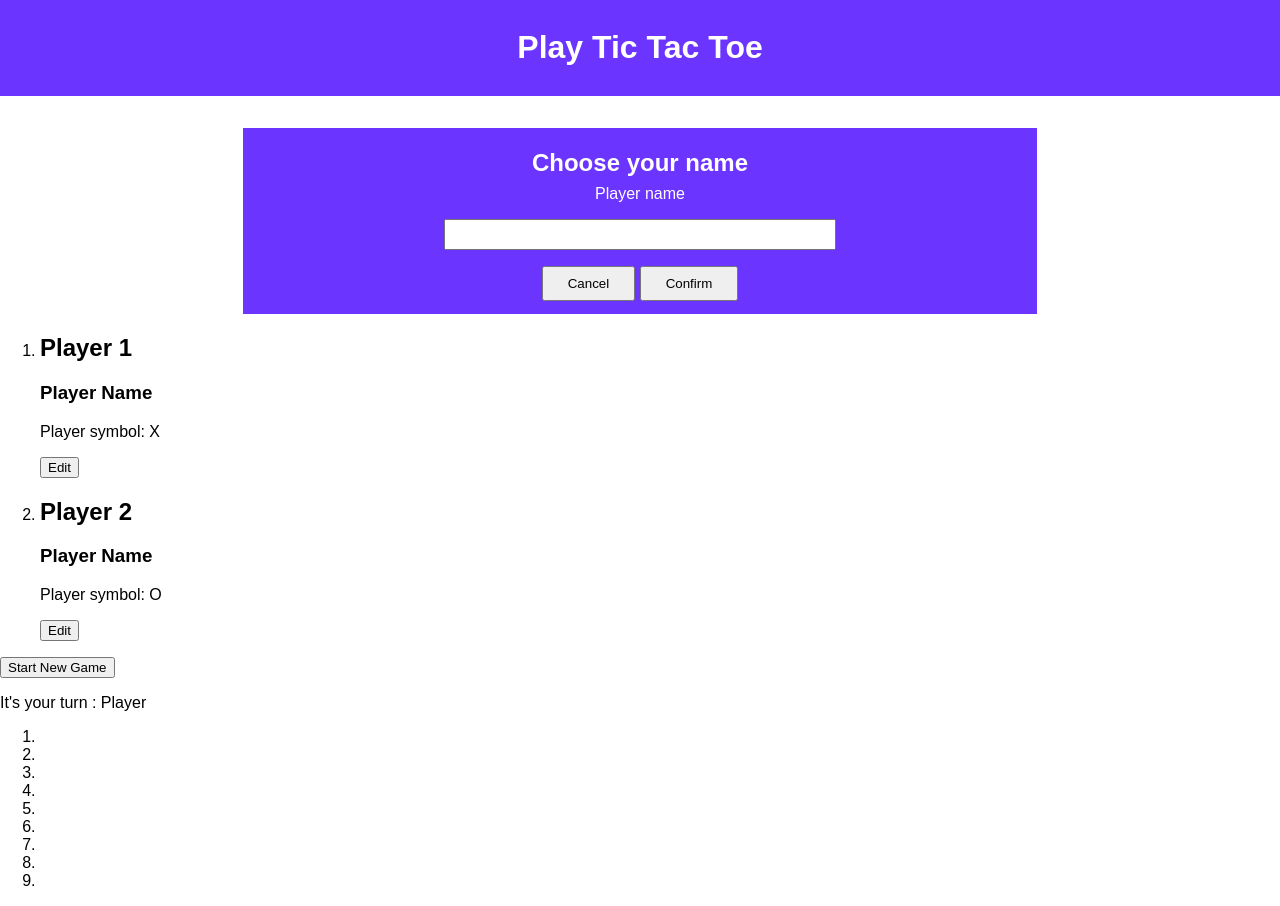
Repository: Harjot00/Wevdev
Page: Tic tac toe/index.html
The author's editor kept a copy of each file at every save. The page is drawn from the files as they stood at one save, then again after a run of saves.
The browser window is 1280 px wide. The pictures show the whole page.
Some web fonts or font styles are not loaded; a fallback is used.

Above is the page before, as saved 2022-05-21 00:13:57.

### Tic tac toe/index.html
<!DOCTYPE html>
<html lang="en">
<head>
    <meta charset="UTF-8">
    <meta http-equiv="X-UA-Compatible" content="IE=edge">
    <meta name="viewport" content="width=device-width, initial-scale=1.0">
    <link rel="stylesheet" href="styles.css">
    <link href="https://fonts.googleapis.com/css2?family=Roboto:wght@100&family=Send+Flowers&display=swap" rel="stylesheet">
    <title>Tic Tac Toe</title>

</head>
<body>
    <header>
        <h1>Play Tic Tac Toe</h1>

    </header>
    <main>
        <aside>
            <h2>Choose your name</h2>
            <form >
                <div>
                    <label for = "playername">Player name</label>
                    <input type="text" name="username" id="username"/>

                </div>
                <div id = "btn-div">
                    <button type="button"> Cancel</button>
                    <button type="submit">Confirm</button>
                </div>
            </form>
        </aside>
        <div id="gamestyle">
            <ol>
                <li>
                    <h2>Player 1</h2>
                    <h3>Player Name</h3>
                    <p>Player symbol: X</p>
                    <button>Edit</button>
                </li>
                <li>
                    <h2>Player 2</h2>
                    <h3>Player Name</h3>
                    <p>Player symbol: O</p>
                    <button>Edit</button>
                </li>
            </ol>
            <button>Start New Game</button>
        </div>
         <section id="active-game">
             <p>It's your turn : Player</p>
             <ol>
                 <li></li>
                 <li></li>
                 <li></li>
                 <li></li>
                 <li></li>
                 <li></li>
                 <li></li>
                 <li></li>
                 <li></li>
             </ol>
         </section>
    </main>

</body>
</html>

### Tic tac toe/styles.css
@import url('https://fonts.googleapis.com/css2?family=Roboto:wght@100&family=Send+Flowers&display=swap');
body{
    font-family: 'Montserrat', sans-serif;
    margin: 0;
    padding: 0;
}
header{
    background-color: #6b35ff;
    margin:0 0 2rem 0;
    padding: 0.5rem 0;
    color:white;
    text-align: center;
}
aside {
    text-align: center;
    margin:1rem auto;
    width:60vw;
    color:white;
    padding:0.8rem;
    background-color:#6b35ff;
    overflow: wrapped;
}
aside h2{
    margin:0.5rem 0;
}
aside input {
    display:block;
    margin:1rem auto;
    height:1.6rem;
    width:50%;
}
#btn-div button{
    padding:0.5rem 1.5rem;



}

After the next 2 saves:
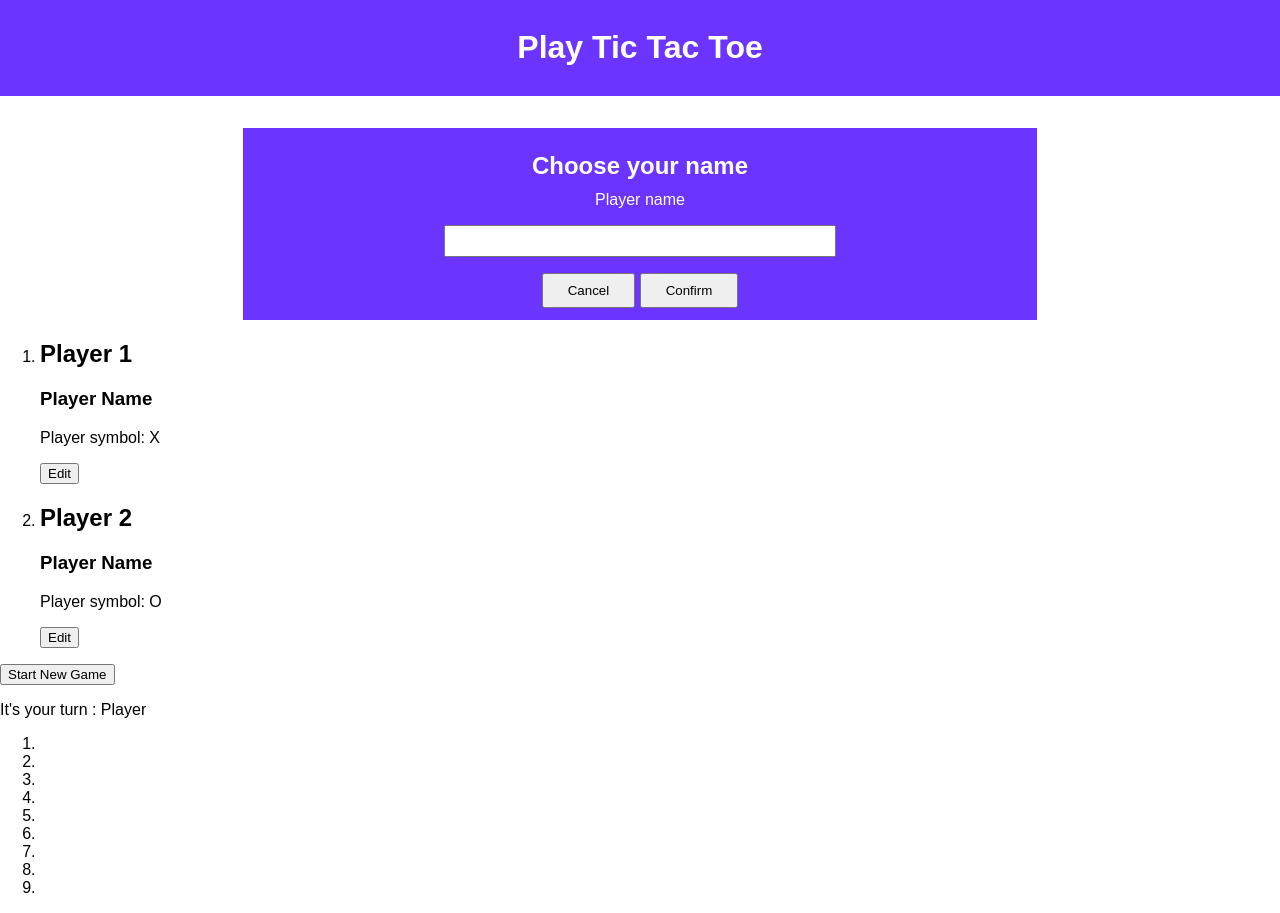
The 2 saves are shown as one change because they came seconds apart.
The last was saved 8 s later.
--- a/Tic tac toe/styles.css
+++ b/Tic tac toe/styles.css
@@ -21,7 +21,7 @@ aside {
     overflow: wrapped;
 }
 aside h2{
-    margin:0.5rem 0;
+    margin:0.7rem 0;
 }
 aside input {
     display:block;
